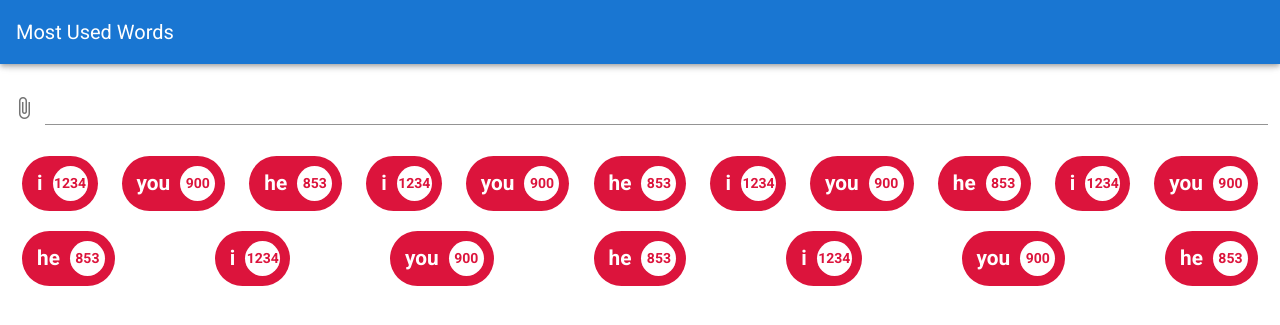
Repository: WillianPer/MOST-USED-WORDS
Page: /
The author's editor kept a copy of each file at every save. The page is drawn from the files as they stood at one save, then again after the next save.
The browser window is 1280 px wide. The pictures show the whole page.
The project was rebuilt for these pictures with package versions that can differ from the ones it lists, and the page was loaded fresh each time. Also part of the build but not shown: vue.config.js.

Above is the page before, as saved 2022-09-06 22:44:01.

After the next save:
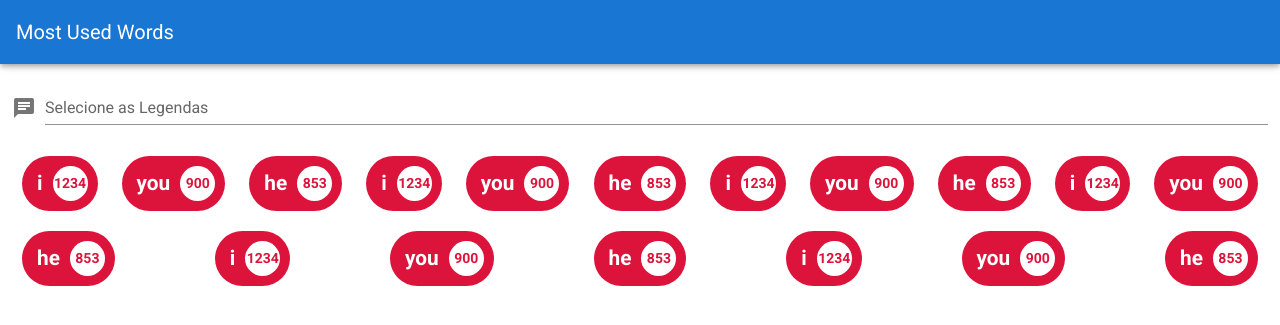
Saved 12 min 46 s later.
--- a/src/components/HomeVue.vue
+++ b/src/components/HomeVue.vue
@@ -2,7 +2,12 @@
     <v-container fluid>
 
         <v-form>
-            <v-file-input multiple chips v-model="files" />
+            <v-file-input
+                label="Selecione as Legendas"
+                prepend-icon="mdi-message-text"
+                multiple
+                chips
+                v-model="files" />
         </v-form>
 
         <div class="pills">
